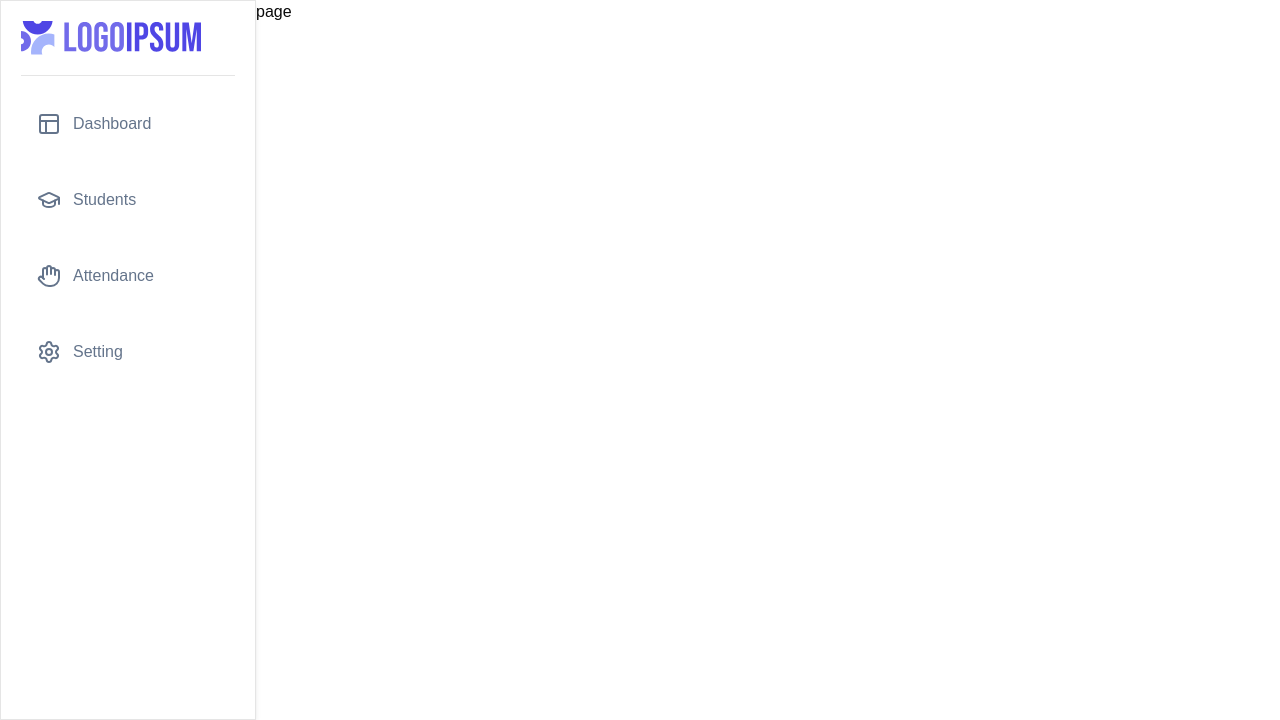
Repository: Essam-iut/SPT
Page: /dashboard
The author's editor kept a copy of each file at every save. The page is drawn from the files as they stood at one save, then again after the next save.
The browser window is 1280 px wide. The pictures show the whole page.
The project was rebuilt for these pictures with package versions that can differ from the ones it lists, and the page was loaded fresh each time. The framework's server and built-in components were replaced by stand-ins that run in the browser. Also part of the build but not shown: next.config.mjs.

Above is the page before, as saved 2024-11-11 15:14:18.

After the next save:
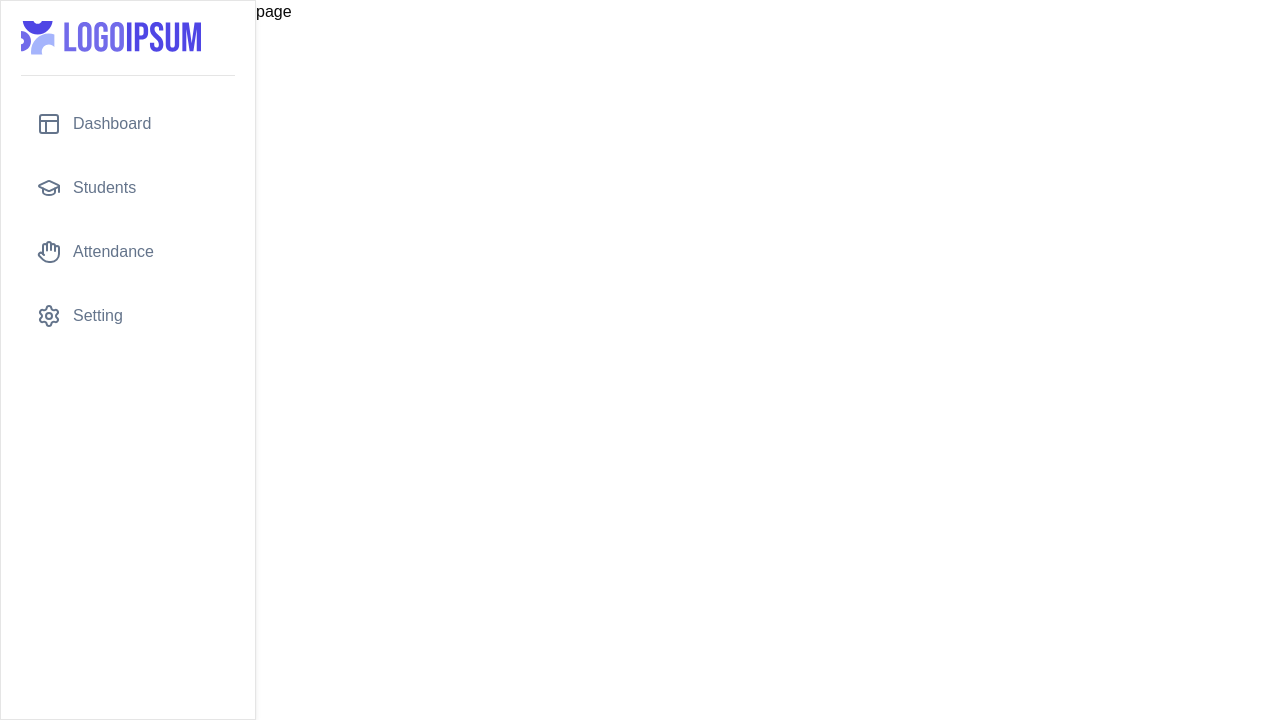
Saved 7 s later.
--- a/app/dashboard/_component/SideNav.jsx
+++ b/app/dashboard/_component/SideNav.jsx
@@ -39,7 +39,7 @@ function SideNav() {
        {menuList.map((menu, index) => (
         <h2 className="flex items-center gap-3 text-md p-4
         text-slate-500 hover:bg-primary hover:text-white
-        cursor-pointer rounded-lg my-5">
+        cursor-pointer rounded-lg my-2">
           <menu.icon/>
           {menu.name}
         </h2>
